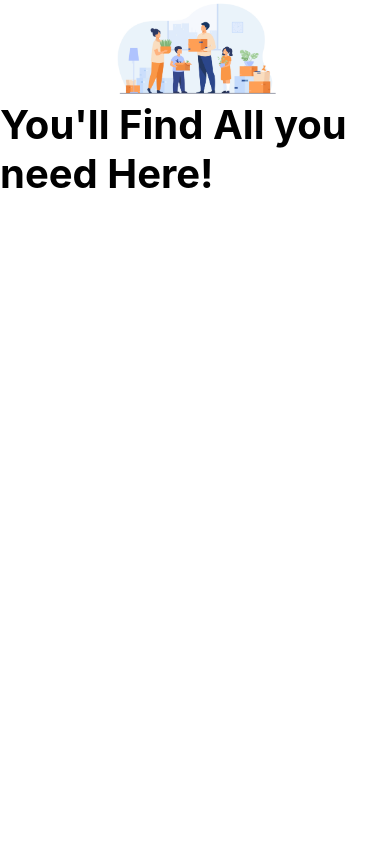
Repository: oscarMyerston/ProjectName
Screen: /
The author's editor kept a copy of each file at every save. The screen is drawn from the files as they stood at one save, then again after the next save.
The app was drawn by React Native's web renderer in a window 390 px wide. The project was rebuilt for these pictures with package versions that can differ from the ones it lists, and the page was loaded fresh each time. Also part of the build but not shown: Chair.js, Table.js.

Above is the screen before, as saved 2024-06-02 19:51:24.

After the next save:
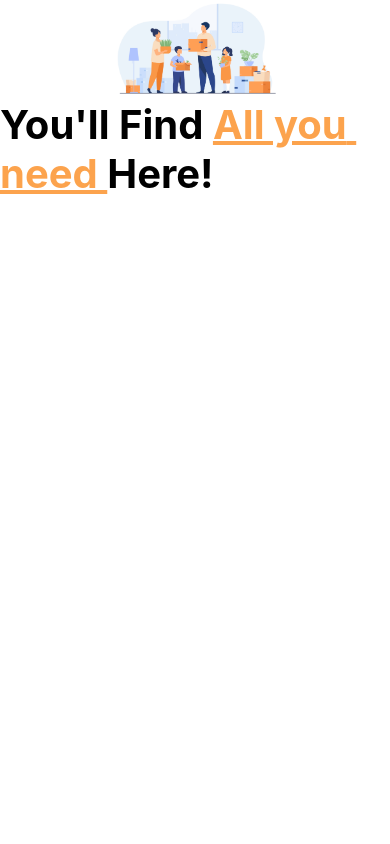
Saved 9 s later.
--- a/src/screen/auth/Splash/index.js
+++ b/src/screen/auth/Splash/index.js
@@ -10,7 +10,7 @@ const Splash = () => {
         style={styles.image}
         source={require('../../../assets/splash_image.png')}
       />
-      <Text style={styles.title}>You'll Find <Text style={styles.title} >All you need </Text>Here!</Text>
+      <Text style={styles.title}>You'll Find <Text style={styles.innetTitle} >All you need </Text>Here!</Text>
     </View>,
   ];
 
